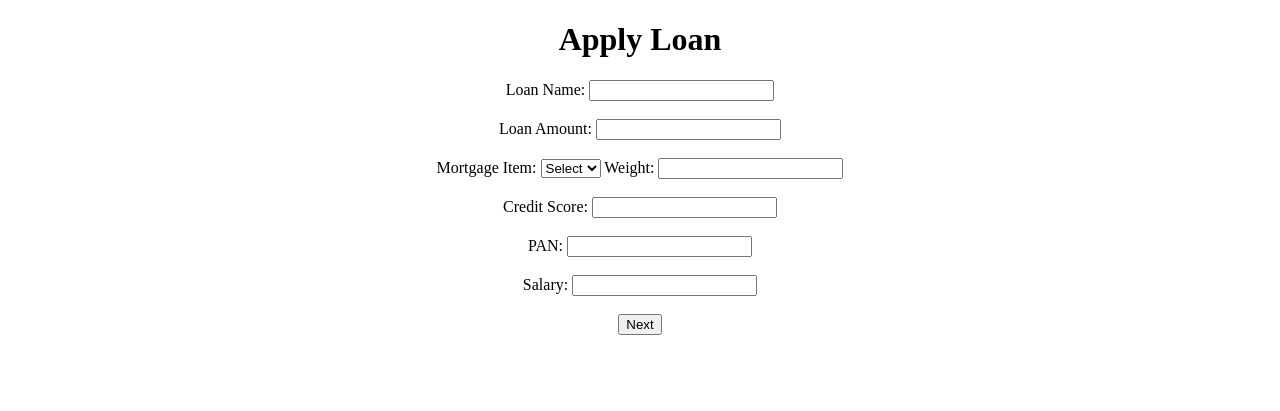
Repository: hemanivetha/Microservices
Page: http://localhost/AdvSpringData/WEB-INF/views/loan.jsp
The author's editor kept a copy of each file at every save. The page is drawn from the files as they stood at one save, then again after the next save.
The browser window is 1280 px wide. The pictures show the whole page.
The page is served by Tomcat 9. Nobody is signed in. Other server files are loaded and not shown. The template is opened directly, without the code that normally fills it, so the values that code supplies are empty.

Above is the page before, as saved 2019-10-17 07:24:05.

### AdvSpringData/src/main/webapp/WEB-INF/views/loan.jsp
<%@ page language="java" contentType="text/html; charset=ISO-8859-1"
    pageEncoding="ISO-8859-1"%>
<!DOCTYPE html>
<html>
<head>
<meta charset="ISO-8859-1">
<title>Insert title here</title>
</head>
<body>
<center>
<h1>Apply Loan</h1></center>
<form method="post" action="calc.jsp">
<center>
Loan Name:
<input type="text" name="loanname"/> <br/> <br/>
Loan Amount:
<input type="text" name="loanamount"/> <br/><br/>
Mortgage Item:
<select name="mortgageitem">
<option>Select</option>
     <option>Gold</option>
</select>
Weight:
<input type="text" name="weight"/> <br/><br/>
Credit Score:
<input type="text" name="creditscore"/> <br/><br/>
PAN:
<input type="text" name="pan"/> <br/><br/>
Salary:
<input type="text" name="salary"/> <br/><br/>

<input type="submit" value="Next"/>
</center>
</form>

</body>
</html>

After the next save:
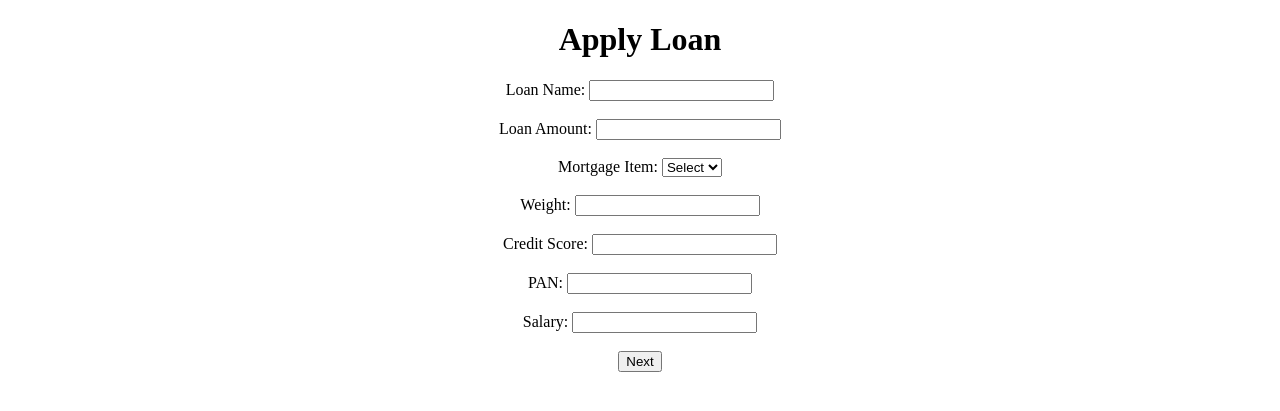
Saved 50 s later.
--- a/AdvSpringData/src/main/webapp/WEB-INF/views/loan.jsp
+++ b/AdvSpringData/src/main/webapp/WEB-INF/views/loan.jsp
@@ -19,7 +19,7 @@ Mortgage Item:
 <select name="mortgageitem">
 <option>Select</option>
      <option>Gold</option>
-</select>
+</select><br/><br/>
 Weight:
 <input type="text" name="weight"/> <br/><br/>
 Credit Score:
